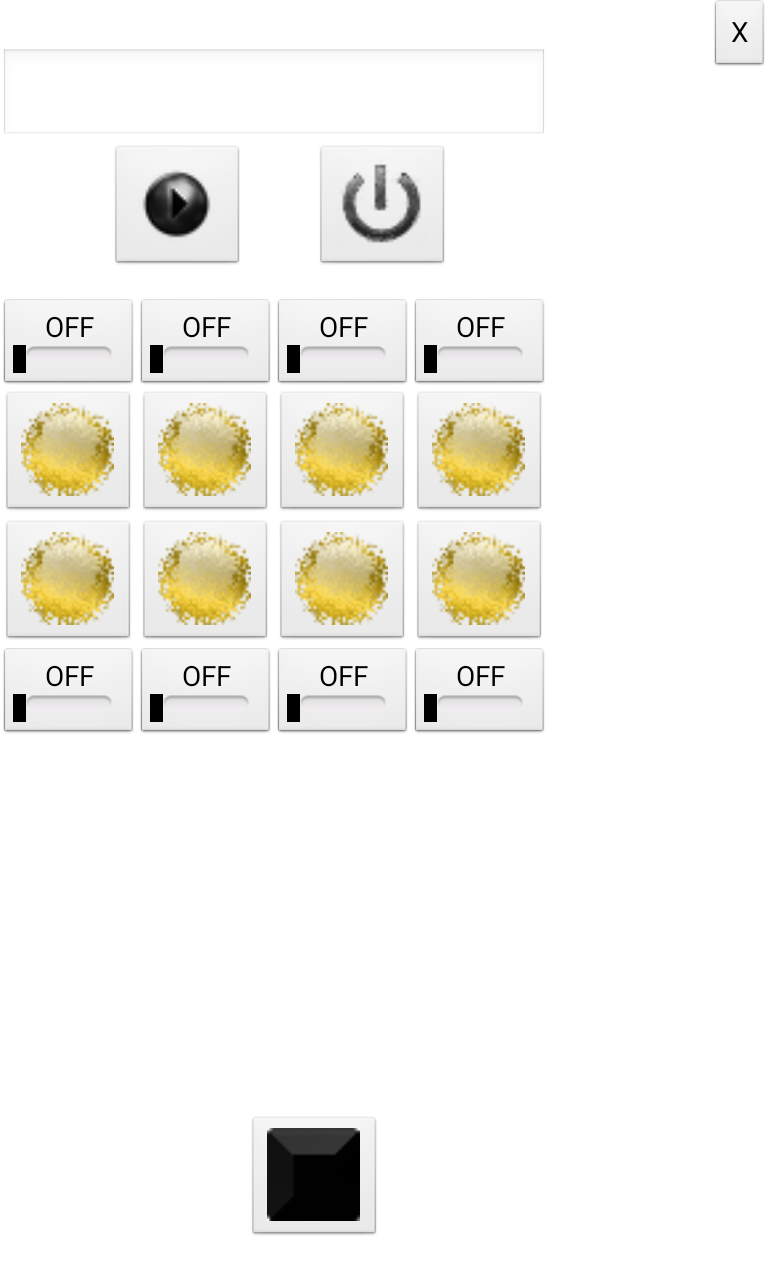
Repository: Imonymous/KyaBaatHai
Layout: KBH/res/layout/activity_main.xml
The author's editor kept a copy of each file at every save. The layout is drawn from the files as they stood at one save, then again after the next save.
It is drawn on a 768 x 1280 px phone screen (xhdpi) without system bars, with theme AppTheme; the app's code is not run.

Above is the layout before, as saved 2014-06-05 06:05:20.

### KBH/res/layout/activity_main.xml
<RelativeLayout xmlns:android="http://schemas.android.com/apk/res/android"
    xmlns:tools="http://schemas.android.com/tools"
    android:layout_width="fill_parent"
    android:layout_height="fill_parent"
    tools:context=".MainActivity" >

    <ImageButton
        android:id="@+id/imageButton1"
        android:layout_width="wrap_content"
        android:layout_height="wrap_content"
        android:layout_alignParentLeft="true"
        android:layout_alignParentTop="true"
        android:layout_marginTop="195dp"
        android:onClick="vibrate1"
        android:src="@drawable/button" />

    <ImageButton
        android:id="@+id/imageButton2"
        android:layout_width="wrap_content"
        android:layout_height="wrap_content"
        android:layout_alignTop="@+id/imageButton1"
        android:layout_toRightOf="@+id/imageButton1"
        android:onClick="vibrate2"
        android:src="@drawable/button" />

    <ImageButton
        android:id="@+id/imageButton3"
        android:layout_width="wrap_content"
        android:layout_height="wrap_content"
        android:layout_alignTop="@+id/imageButton2"
        android:layout_toRightOf="@+id/imageButton2"
        android:onClick="vibrate3"
        android:src="@drawable/button" />

    <ImageButton
        android:id="@+id/imageButton4"
        android:layout_width="wrap_content"
        android:layout_height="wrap_content"
        android:layout_alignTop="@+id/imageButton3"
        android:layout_toRightOf="@+id/imageButton3"
        android:onClick="vibrate4"
        android:src="@drawable/button" />

    <ImageButton
        android:id="@+id/imageButton5"
        android:layout_width="wrap_content"
        android:layout_height="wrap_content"
        android:layout_below="@+id/imageButton1"
        android:layout_toLeftOf="@+id/imageButton2"
        android:onClick="vibrate5"
        android:src="@drawable/button" />

    <ImageButton
        android:id="@+id/imageButton6"
        android:layout_width="wrap_content"
        android:layout_height="wrap_content"
        android:layout_alignLeft="@+id/imageButton2"
        android:layout_alignTop="@+id/imageButton5"
        android:onClick="vibrate6"
        android:src="@drawable/button" />

    <ImageButton
        android:id="@+id/imageButton7"
        android:layout_width="wrap_content"
        android:layout_height="wrap_content"
        android:layout_alignTop="@+id/imageButton6"
        android:layout_toLeftOf="@+id/imageButton4"
        android:onClick="vibrate7"
        android:src="@drawable/button" />

    <ImageButton
        android:id="@+id/imageButton8"
        android:layout_width="wrap_content"
        android:layout_height="wrap_content"
        android:layout_alignLeft="@+id/imageButton4"
        android:layout_below="@+id/imageButton4"
        android:onClick="vibrate8"
        android:src="@drawable/button" />

    <EditText
        android:id="@+id/editText1"
        android:layout_width="wrap_content"
        android:layout_height="wrap_content"
        android:layout_alignParentLeft="true"
        android:layout_alignParentTop="true"
        android:layout_alignRight="@+id/imageButton4"
        android:layout_marginTop="24dp"
        android:ems="10" />

    <Button
        android:id="@+id/button1"
        style="?android:attr/buttonStyleSmall"
        android:layout_width="wrap_content"
        android:layout_height="wrap_content"
        android:layout_alignParentRight="true"
        android:layout_alignParentTop="true"
        android:onClick="btnExit"
        android:text=" X " />

    <ImageButton
        android:id="@+id/imageButton9"
        android:layout_width="wrap_content"
        android:layout_height="wrap_content"
        android:layout_alignLeft="@+id/imageButton3"
        android:layout_below="@+id/editText1"
        android:layout_marginLeft="20dp"
        android:onClick="stopVibrate"
        android:src="@drawable/stop" />

    <ImageButton
        android:id="@+id/imageButton10"
        android:layout_width="wrap_content"
        android:layout_height="wrap_content"
        android:layout_alignRight="@+id/imageButton2"
        android:layout_alignTop="@+id/imageButton9"
        android:layout_marginRight="14dp"
        android:onClick="vibrateSong"
        android:src="@drawable/play" />

    <ImageButton
        android:id="@+id/imageButton11"
        android:layout_width="wrap_content"
        android:layout_height="wrap_content"
        android:layout_alignParentBottom="true"
        android:layout_alignRight="@+id/imageButton7"
        android:layout_marginBottom="18dp"
        android:layout_marginRight="14dp"
        android:onClick="vibrateTap"
        android:src="@drawable/tap" />

    <ToggleButton
        android:id="@+id/toggleButton1"
        android:layout_width="wrap_content"
        android:layout_height="wrap_content"
        android:layout_above="@+id/imageButton2"
        android:layout_alignParentLeft="true"
        android:layout_alignRight="@+id/imageButton1"
        android:text="ToggleButton" />

    <ToggleButton
        android:id="@+id/toggleButton2"
        android:layout_width="wrap_content"
        android:layout_height="wrap_content"
        android:layout_alignBottom="@+id/toggleButton1"
        android:layout_alignLeft="@+id/imageButton2"
        android:layout_alignRight="@+id/imageButton2"
        android:text="ToggleButton" />

    <ToggleButton
        android:id="@+id/toggleButton3"
        android:layout_width="wrap_content"
        android:layout_height="wrap_content"
        android:layout_alignBottom="@+id/toggleButton2"
        android:layout_alignLeft="@+id/imageButton3"
        android:layout_alignRight="@+id/imageButton3"
        android:text="ToggleButton" />

    <ToggleButton
        android:id="@+id/toggleButton4"
        android:layout_width="wrap_content"
        android:layout_height="wrap_content"
        android:layout_alignBottom="@+id/toggleButton3"
        android:layout_alignRight="@+id/imageButton4"
        android:layout_toRightOf="@+id/imageButton3"
        android:text="ToggleButton" />

    <ToggleButton
        android:id="@+id/toggleButton5"
        android:layout_width="wrap_content"
        android:layout_height="wrap_content"
        android:layout_alignParentLeft="true"
        android:layout_alignRight="@+id/imageButton5"
        android:layout_below="@+id/imageButton5"
        android:text="ToggleButton" />

    <ToggleButton
        android:id="@+id/toggleButton6"
        android:layout_width="wrap_content"
        android:layout_height="wrap_content"
        android:layout_alignBaseline="@+id/toggleButton5"
        android:layout_alignBottom="@+id/toggleButton5"
        android:layout_alignLeft="@+id/imageButton6"
        android:layout_alignRight="@+id/imageButton6"
        android:text="ToggleButton" />

    <ToggleButton
        android:id="@+id/toggleButton7"
        android:layout_width="wrap_content"
        android:layout_height="wrap_content"
        android:layout_alignBaseline="@+id/toggleButton6"
        android:layout_alignBottom="@+id/toggleButton6"
        android:layout_alignLeft="@+id/imageButton7"
        android:layout_alignRight="@+id/imageButton7"
        android:text="ToggleButton" />

    <ToggleButton
        android:id="@+id/toggleButton8"
        android:layout_width="wrap_content"
        android:layout_height="wrap_content"
        android:layout_alignBaseline="@+id/toggleButton7"
        android:layout_alignBottom="@+id/toggleButton7"
        android:layout_alignLeft="@+id/imageButton8"
        android:layout_alignRight="@+id/imageButton8"
        android:text="ToggleButton" />

</RelativeLayout>

Loaded but not shown: KBH/res/values/styles.xml (common file)

After the next save:
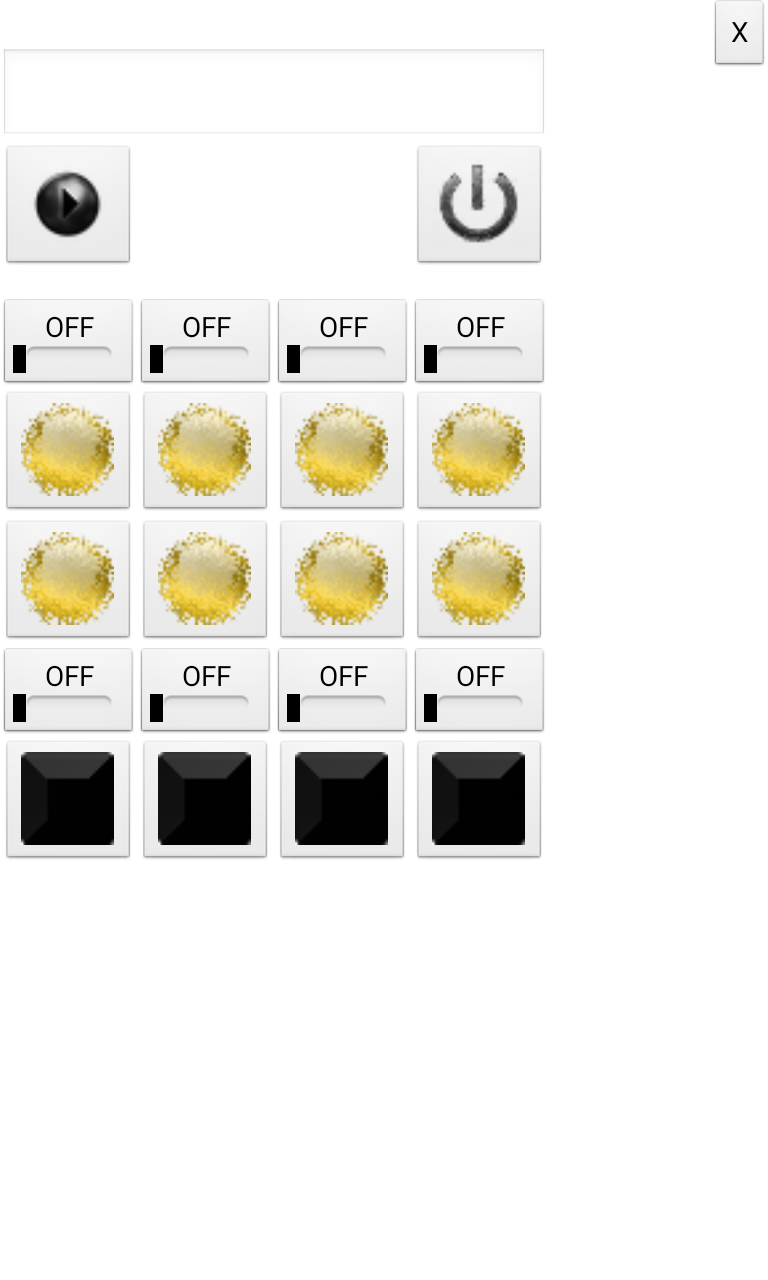
Saved 5 min 35 s later.
--- a/KBH/res/layout/activity_main.xml
+++ b/KBH/res/layout/activity_main.xml
@@ -97,37 +97,6 @@
         android:onClick="btnExit"
         android:text=" X " />
 
-    <ImageButton
-        android:id="@+id/imageButton9"
-        android:layout_width="wrap_content"
-        android:layout_height="wrap_content"
-        android:layout_alignLeft="@+id/imageButton3"
-        android:layout_below="@+id/editText1"
-        android:layout_marginLeft="20dp"
-        android:onClick="stopVibrate"
-        android:src="@drawable/stop" />
-
-    <ImageButton
-        android:id="@+id/imageButton10"
-        android:layout_width="wrap_content"
-        android:layout_height="wrap_content"
-        android:layout_alignRight="@+id/imageButton2"
-        android:layout_alignTop="@+id/imageButton9"
-        android:layout_marginRight="14dp"
-        android:onClick="vibrateSong"
-        android:src="@drawable/play" />
-
-    <ImageButton
-        android:id="@+id/imageButton11"
-        android:layout_width="wrap_content"
-        android:layout_height="wrap_content"
-        android:layout_alignParentBottom="true"
-        android:layout_alignRight="@+id/imageButton7"
-        android:layout_marginBottom="18dp"
-        android:layout_marginRight="14dp"
-        android:onClick="vibrateTap"
-        android:src="@drawable/tap" />
-
     <ToggleButton
         android:id="@+id/toggleButton1"
         android:layout_width="wrap_content"
@@ -203,4 +172,54 @@
         android:layout_alignRight="@+id/imageButton8"
         android:text="ToggleButton" />
 
+    <ImageButton
+        android:id="@+id/imageButton10"
+        android:layout_width="wrap_content"
+        android:layout_height="wrap_content"
+        android:layout_below="@+id/editText1"
+        android:layout_toLeftOf="@+id/toggleButton2"
+        android:onClick="vibrateSong"
+        android:src="@drawable/play" />
+
+    <ImageButton
+        android:id="@+id/imageButton9"
+        android:layout_width="wrap_content"
+        android:layout_height="wrap_content"
+        android:layout_alignRight="@+id/editText1"
+        android:layout_alignTop="@+id/imageButton10"
+        android:onClick="stopVibrate"
+        android:src="@drawable/stop" />
+
+    <ImageButton
+        android:id="@+id/imageButton11"
+        android:layout_width="wrap_content"
+        android:layout_height="wrap_content"
+        android:layout_alignParentLeft="true"
+        android:layout_below="@+id/toggleButton5"
+        android:src="@drawable/tap" />
+
+    <ImageButton
+        android:id="@+id/imageButton12"
+        android:layout_width="wrap_content"
+        android:layout_height="wrap_content"
+        android:layout_below="@+id/toggleButton5"
+        android:layout_toRightOf="@+id/toggleButton5"
+        android:src="@drawable/tap" />
+
+    <ImageButton
+        android:id="@+id/imageButton13"
+        android:layout_width="wrap_content"
+        android:layout_height="wrap_content"
+        android:layout_alignLeft="@+id/toggleButton7"
+        android:layout_alignTop="@+id/imageButton12"
+        android:src="@drawable/tap" />
+
+    <ImageButton
+        android:id="@+id/imageButton14"
+        android:layout_width="wrap_content"
+        android:layout_height="wrap_content"
+        android:layout_alignLeft="@+id/toggleButton8"
+        android:layout_alignTop="@+id/imageButton13"
+        android:src="@drawable/tap" />
+
 </RelativeLayout>
